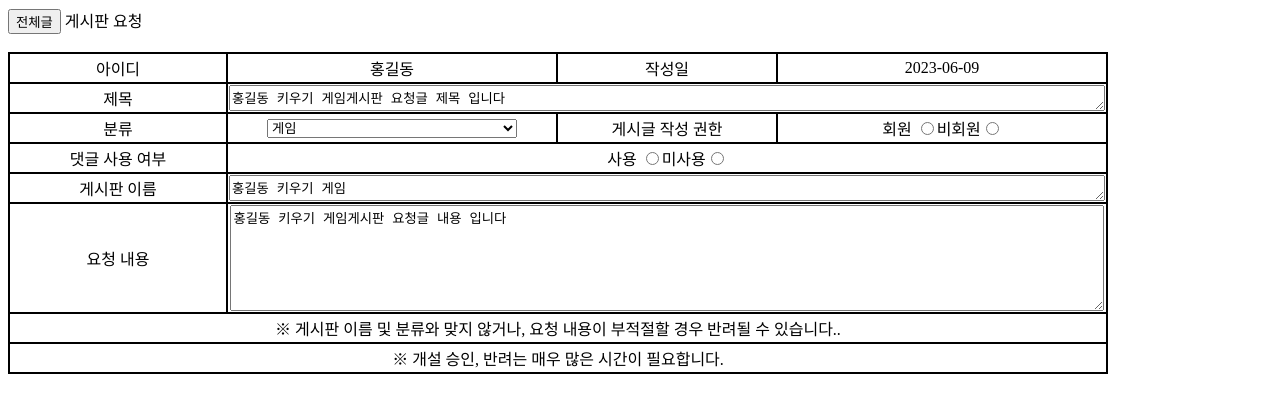
Repository: LJzero-dev/java-study
Page: http://localhost/ktbwos/bbs/request_view.jsp
These files come from the project's save history. The page is drawn as it stood at one moment and after the next save; the edit follows.
The browser window is 1280 px wide. The pictures show the whole page.
The page is served by Tomcat 9.

Above is the page before, as saved 2023-06-11 06:12:06.

After the next save:
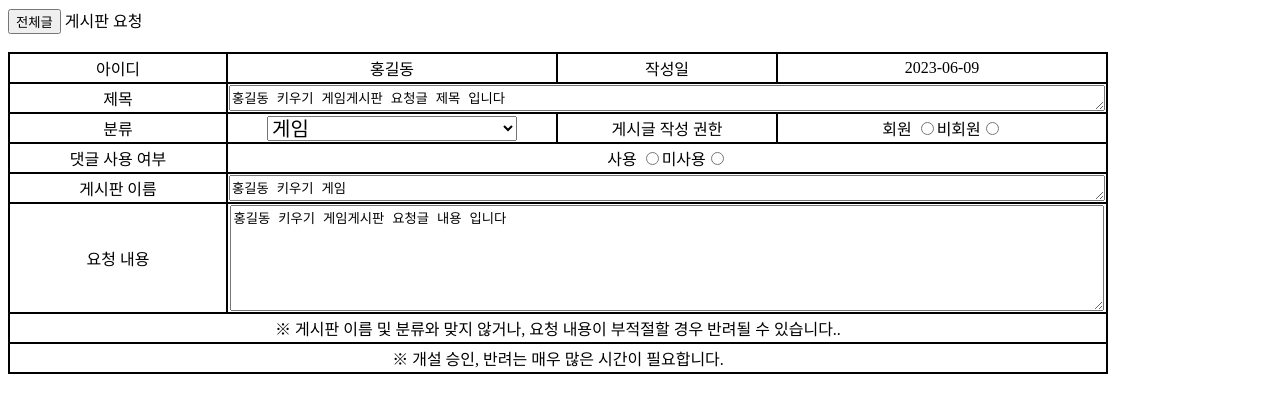
Saved 6 s later.
--- a/web/ktbwos/WebContent/bbs/request_view.jsp
+++ b/web/ktbwos/WebContent/bbs/request_view.jsp
@@ -36,7 +36,7 @@
 		<tr>
 			<td>분류</td>
 				<td>
-				<select name="rl_ctgr" style="width:250px; height:25px font-size:20px;">
+				<select name="rl_ctgr" style="width:250px; height:25px; font-size:20px;">
 					<option value="a" >게임</option>
 					<option value="b" >연예</option>
 					<option value="c" >스포츠</option>
